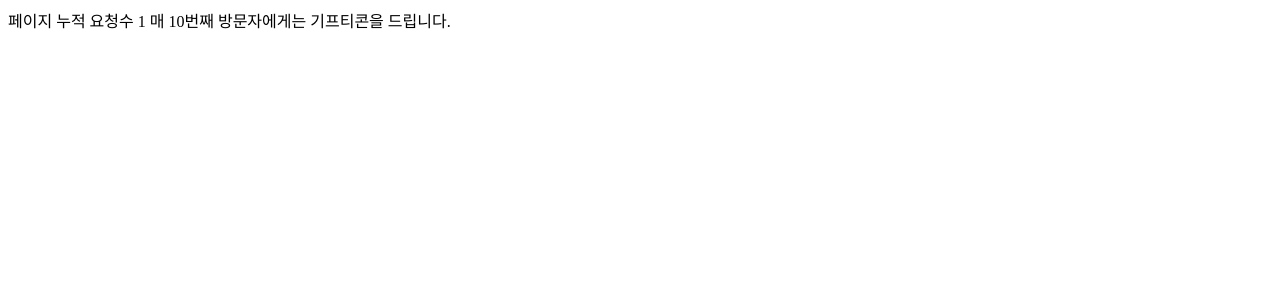
Repository: developedbyssony/JSP
Page: http://localhost/JSPbasic/jsptag/tag_quiz2.jsp
These files come from the project's save history. The page is drawn as it stood at one moment and after the next save; the edit follows.
The browser window is 1280 px wide. The pictures show the whole page.
The page is served by Tomcat 9. Other server files are loaded and not shown.

Above is the page before, as saved 2022-03-23 09:44:28.

### JSPbasic/src/main/webapp/jsptag/tag_quiz2.jsp
<%@ page language="java" contentType="text/html; charset=UTF-8"
    pageEncoding="UTF-8"%>
<!DOCTYPE html>
<html>
<head>
<meta charset="UTF-8">
<title>Insert title here</title>
</head>
<body>
	<%!
		int r = 0;
	%>
	<%
		r++;
		if(r > 10) {
			out.println("당첨되셨습니다!");
		}
	%>
	페이지 누적 요청수 <%= r %>
	매 10번째 방문자에게는 기프티콘을 드립니다.
</body>
</html>

After the next save:
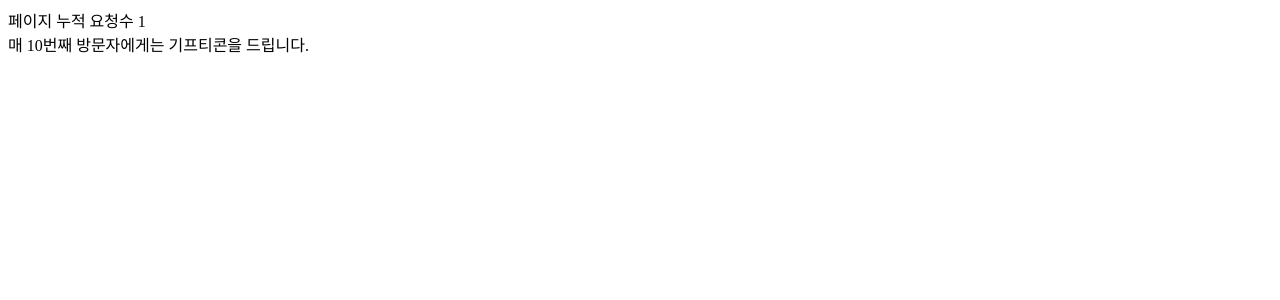
Saved 21 s later.
--- a/JSPbasic/src/main/webapp/jsptag/tag_quiz2.jsp
+++ b/JSPbasic/src/main/webapp/jsptag/tag_quiz2.jsp
@@ -16,7 +16,7 @@
 			out.println("당첨되셨습니다!");
 		}
 	%>
-	페이지 누적 요청수 <%= r %>
-	매 10번째 방문자에게는 기프티콘을 드립니다.
+	페이지 누적 요청수 <%= r %> <br />
+	매 10번째 방문자에게는 기프티콘을 드립니다. <br />
 </body>
 </html>
